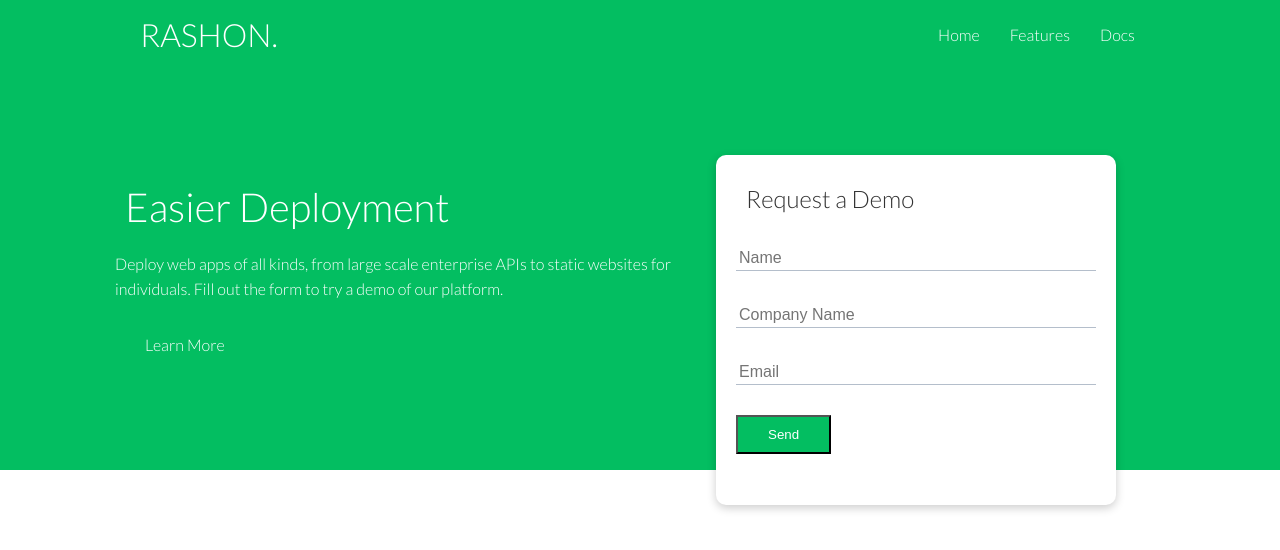
Repository: Skilis/website-modern
Page: index.html
An editor plug-in stored every save of this project. The page is shown before and after the next save, followed by the edit.
The browser window is 1280 px wide. The pictures show the whole page.

Above is the page before, as saved 2020-10-23 13:50:56.

### index.html
<!DOCTYPE html>
<html lang="en">

<head>
  <meta charset="UTF-8">
  <meta name="viewport" content="width=device-width, initial-scale=1.0">
  <link rel="stylesheet" href="https://cdnjs.cloudflare.com/ajax/libs/font-awesome/5.15.1/css/all.min.css"
    integrity="sha512-+4zCK9k+qNFUR5X+cKL9EIR+ZOhtIloNl9GIKS57V1MyNsYpYcUrUeQc9vNfzsWfV28IaLL3i96P9sdNyeRssA=="
    crossorigin="anonymous" />
  <link rel="stylesheet" href="css/style.css">
  <title>Rashon | Cloud Hosting For The SuperPhly</title>
</head>

<body>
  <!-- Navbar-->
  <div class="navbar">
    <div class="container flex">
      <h1 class="logo">RASHON.</h1>
      <nav>
        <ul>
          <li><a href="index.html">Home</a></li>
          <li><a href="features.html">Features</a></li>
          <li><a href="docs.html">Docs</a></li>
        </ul>
      </nav>
    </div>

  </div>

  <!-- Showcase-->

  <section class="showcase">
    <div class="container grid">
      <div class="showcase-text">
        <h1>Easier Deployment</h1>
        <p>Deploy web apps of all kinds, from large scale enterprise APIs to static websites for individuals. Fill out
          the form to try a demo of our platform.</p>
        <a href="features.html" class="btn btn-outline">Learn More</a>
      </div>

      <div class="showcase-form card">
        <h2>Request a Demo</h2>
        <form>
          <div class="form-control">
            <input type="text" name="name" placeholder="Name" required>
          </div>
          <div class="form-control">
            <input type="text" name="company" placeholder="Company Name" required>
          </div>
          <div class="form-control">
            <input type="email" name="email" placeholder="Email" required>
          </div>
          <input type="submit" value="Send" class="btn btn-primary">
        </form>
      </div>
    </div>

  </section>
</body>

</html>

### css/style.css
@import url('https://fonts.googleapis.com/css2?family=Lato:wght@300&display=swap');

:root {
  --primary-color: #03be61;
}

* {
  box-sizing: border-box;
  padding: 0;
  margin: 0;
}

body {
  font-family: 'Lato', sans-serif;
  color: #333;
  line-height: 1.6;
}

ul {
  list-style-type: none;
}

a {
  text-decoration: none;
  color: #333;
}

h1,
h2 {
  font-weight: 300;
  line-height: 1.2;
  margin: 10px;
}

p {
  margin: 10px 0;
}

img {
  width: 100%;
}

/* Navrbar*/

.navbar {
  background-color: var(--primary-color);
  color: #fff;
  height: 70px;
}

.navbar ul {
  display: flex;
}

.navbar a {
  color: #fff;
  padding: 10px;
  margin: 0 5px;
}

.navbar a:hover {
  border-bottom: 2px white solid;
}

.navbar .flex {
  justify-content: space-between;
}

/* Showcase*/

.showcase {
  height: 400px;
  background-color: var(--primary-color);
  color: white;
  position: relative;
}

.showcase h1 {
  font-size: 40px;
}

.showcase p {
  margin: 20px 0;
}

.showcase .grid {
  overflow: visible;
  grid-template-columns: 55% 45%;
  gap: 30px;
}

.showcase-form {
  position: relative;
  top: 60px;
  height: 350px;
  width: 400px;
  padding: 40px;
  z-index: 100;
}

.showcase-form .form-control {
  margin: 30px 0;
}

.showcase-form input[type='text'],
.showcase-form input[type='email'] {
  border: 0;
  border-bottom: 1px solid #b4becb;
  width: 100%;
  padding: 3px;
  font-size: 16px;
}

.showcase-form input:focus {
  outline: none;
}

/* Utilities*/

.container {
  max-width: 1100px;
  margin: 0 auto;
  overflow: auto;
  padding: 0 40px;
}

.card {
  background-color: #fff;
  color: #333;
  border-radius: 10px;
  box-shadow: 0 3px 10px rgba(0, 0, 0, 0.2);
  padding: 20px;
  margin: 10px;
}

.btn {
  display: inline-block;
  padding: 10px 30px;
  cursor: pointer;
  background: var(--primary-color);
  color: #fff;
}

.flex {
  display: flex;
  justify-content: center;
  align-items: center;
  height: 100%;
}

.grid {
  display: grid;
  grid-template-columns: repeat(2, 1fr);
  gap: 20px;
  justify-content: center;
  align-items: center;
  height: 100%;
}

After the next save:
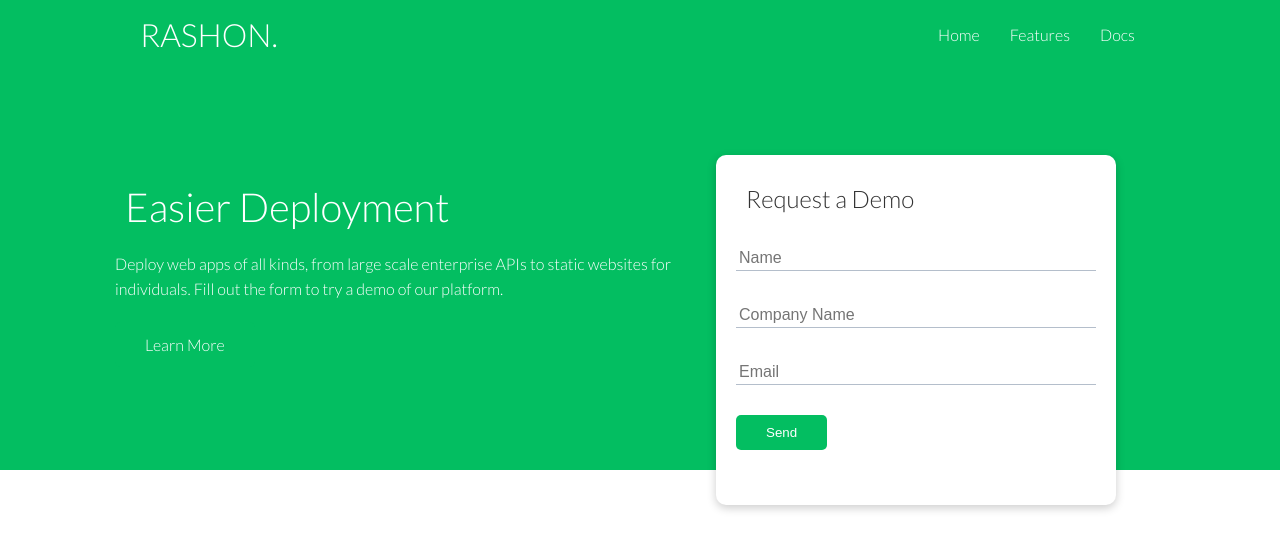
Saved 37 s later.
--- a/css/style.css
+++ b/css/style.css
@@ -139,6 +139,8 @@
   cursor: pointer;
   background: var(--primary-color);
   color: #fff;
+  border: none;
+  border-radius: 5px;
 }
 
 .flex {
